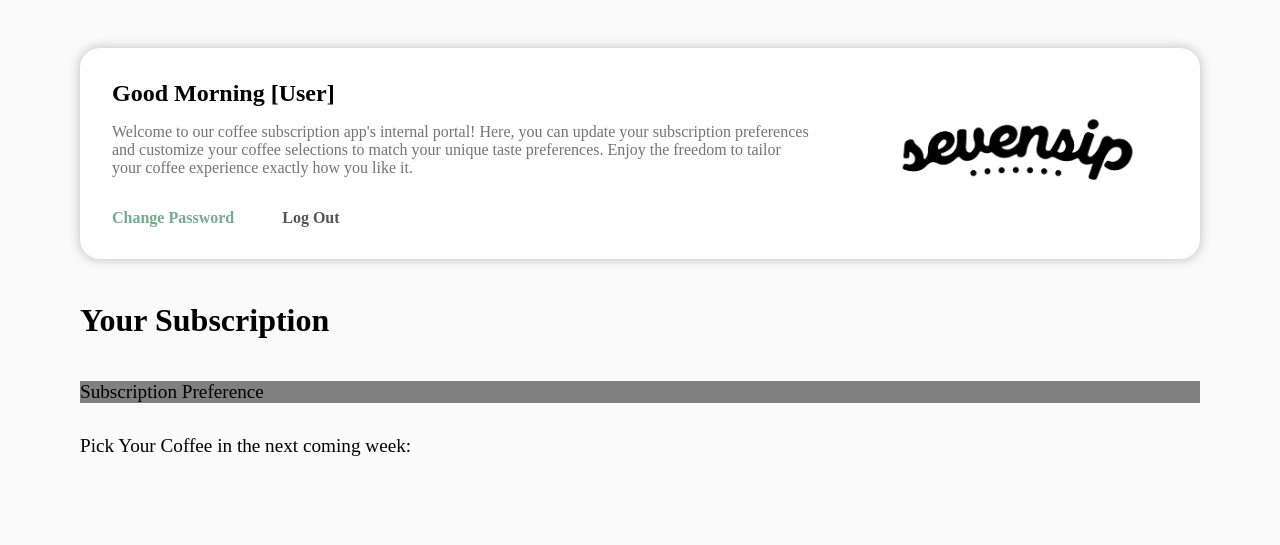
Repository: Haydenleung/COMP-4170-Final-Project
Page: http://localhost/main
The author's editor kept a copy of each file at every save. The page is drawn from the files as they stood at one save, then again after the next save.
The browser window is 1280 px wide. The pictures show the whole page.
The page is served by the project's Node server (app.js).

Above is the page before, as saved 2024-03-22 18:01:34.

### views/main.ejs
<%- include('partials/header') %>


    <div class="main-container">
        <div class="main-subcontainer">
            <div class="main-welcome">
                <div class="main-greeting">
                    <h3>Good Morning [User]</h3>
                    <p>Welcome to our coffee subscription app's internal portal! Here, you can update your subscription
                        preferences and customize your coffee selections to match your unique taste preferences. Enjoy
                        the freedom to tailor your coffee experience exactly how you like it.</p>
                </div>
                <div class="main-feature">
                    <a href="/edit" class="mainbtn chnpassword">Change Password</a>
                    <a href="/" class="mainbtn logout">Log Out</a>
                </div>
            </div>
            <div class="main-logo-container">
                <img class="main-logo" src="/images/logo.png" alt="company logo" />
            </div>
        </div>
        <div class="main-content">
            <h4>Your Subscription</h4>
            <div class="subscribe-section">
                <h5>Subscription Preference</h5>
                <div class="subscribe-container">
                    <div class="sub-option"></div>
                    <div class="sub-option"></div>
                    <div class="sub-option"></div>
                </div>
            </div>
            <div class="coffee-section">
                <h5>Pick Your Coffee in the next coming week:</h5>
                <div></div>
            </div>
        </div>
    </div>

    <%- include('partials/footer') %>

### views/partials/header.ejs
<!DOCTYPE html>
<html lang="en">

<head>
    <meta charset="UTF-8" />
    <meta http-equiv="X-UA-Compatible" content="IE=edge" />
    <meta name="viewport" content="width=device-width, initial-scale=1.0" />
    <link rel="stylesheet" href="styles/main.css" />
    <title>Subscriber Portal</title>
</head>

<body>
    <main>

### app.js
import express from "express";
import pg from "pg";

const app = express();
const port = 3000;

app.set('view engine', 'ejs');

app.use(express.urlencoded({ extended: true }));
app.use(express.static("public"));

app.get("/", (req, res) => {
    res.render("index.ejs");
});

app.get("/register", (req, res) => {
    res.render("register.ejs");
});

app.get("/main", (req, res) => {
    res.render("main.ejs");
});

app.listen(port, () => {
    console.log(`Server running on port ${port}`);
});

### public/styles/main.css
* {
    box-sizing: border-box;
    font-family: "Montserrat";
}

html {
    background-color: #FAFAFA;
    height: 100vh;
    padding: 0;
    margin: 0;
}

body {
    display: flex;
    flex-direction: column;
    padding: 0;
    margin: 0;
    height: 100%;
}

main {
    display: flex;
    flex-grow: 1;
}

.home {
    display: flex;
    flex-direction: row;
    height: 100%;
    width: 100%;
}

.photo {
    object-fit: cover;
    width: 100%;
    height: 100%;
    border-radius: 0 20px 20px 0;
}

.home-photo {
    height: 100%;
    flex-grow: 1;
    overflow: hidden;
}

.home-login {
    min-width: 40rem;
    display: flex;
    flex-direction: column;
    justify-content: center;
    align-items: center;
}

.login-container {
    width: 100%;
    height: 100%;
    display: flex;
    flex-direction: column;
    justify-content: center;
    align-items: center;
    padding: 1rem 8rem;
}

.logo {
    width: 10rem;
    margin-bottom: 4rem;
}

.form-container {
    display: flex;
    flex-direction: column;
    align-items: center;
    /* background-color: grey; */
    width: 100%;
    margin-bottom: 1.5rem;
}

h3 {
    font-size: 1.5em;
}

.form-title {
    text-align: center;
    margin-bottom: 3rem;
}

.form-main {
    width: 100%;
    display: flex;
    flex-direction: column;
    align-items: center;
    gap: 1.5rem;
}

.login-form {
    width: 100%;
}

.login-button {
    width: 100%;
    display: flex;
    flex-direction: column;
    gap: 1.5rem;
    margin-top: 2rem;
}

.forminput {
    width: 100%;
    height: 3rem;
    background-color: transparent;
    border: none;
    border-bottom: 1px solid black;
    padding: 1rem;
    font-size: 1em;
}

.forminput:focus {
    outline: none;
}

.submitbtn,
.regbtn {
    width: 100%;
    height: 3rem;
    border-radius: 6px;
    border: none;
    font-size: 1em;
    font-weight: 600;
    color: white;
    cursor: pointer;
    text-decoration: none;
    display: flex;
    justify-content: center;
    align-items: center;
}

.submitbtn {
    background-color: #73AC92;
}

.regbtn {
    background-color: #969696
}

.regisblue {
    background-color: #3EA1DB;
}

/* Main */

.main-container {
    width: 100%;
    display: flex;
    flex-direction: column;
    align-items: center;
    padding: 3rem 5rem;
}

.main-subcontainer {
    width: 100%;
    background-color: white;
    border-radius: 15pt;
    box-shadow: 0 0 12px rgba(0, 0, 0, 0.25);
    display: flex;
    flex-direction: row;
    padding: 2rem;
    justify-content: center;
    align-items: center;
    gap: 5%;
}

.main-welcome {
    flex-grow: 1;
    display: flex;
    flex-direction: column;
    justify-content: center;
    width: 100%;
    height: 100%;
    gap: 1rem;
}


.main-greeting>p {
    color: #747474;
    font-weight: 500;
}

.mainbtn {
    text-decoration: none;
    font-weight: 600;
}

.mainbtn:hover {
    text-decoration: underline;
    text-underline-offset: 8px;
}

.chnpassword {
    color: #73AC92;
}

.logout {
    color: #545454;
}

.main-feature {
    display: flex;
    flex-direction: row;
    gap: 3rem;
}

.main-logo-container {
    padding: 2rem;
    width: 40%;
}

.main-logo {
    width: 100%;
}

.main-content {
    width: 100%;
}

.subscribe-section {
    background-color: grey;
    width: 100%;
}

.subscribe-container {
    background-color: white;
}


h3 {
    margin: 0;
}

h4 {
    font-size: 2em;
}

h5 {
    font-size: 1.2em;
    font-weight: 400;
}

Loaded but not shown: views/partials/footer.ejs (common file)

After the next save:
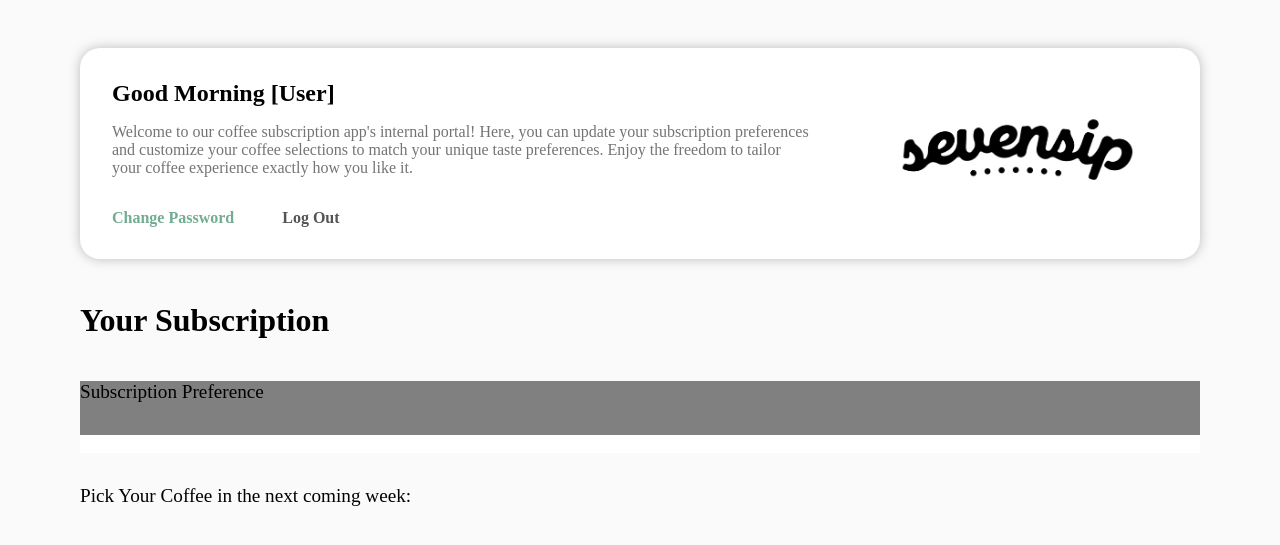
Saved 52 s later.
--- a/views/main.ejs
+++ b/views/main.ejs
@@ -24,7 +24,12 @@
             <div class="subscribe-section">
                 <h5>Subscription Preference</h5>
                 <div class="subscribe-container">
-                    <div class="sub-option"></div>
+                    <div class="sub-option">
+                        <img class="tick" />
+                        <img class="sub-icon" />
+
+
+                    </div>
                     <div class="sub-option"></div>
                     <div class="sub-option"></div>
                 </div>
